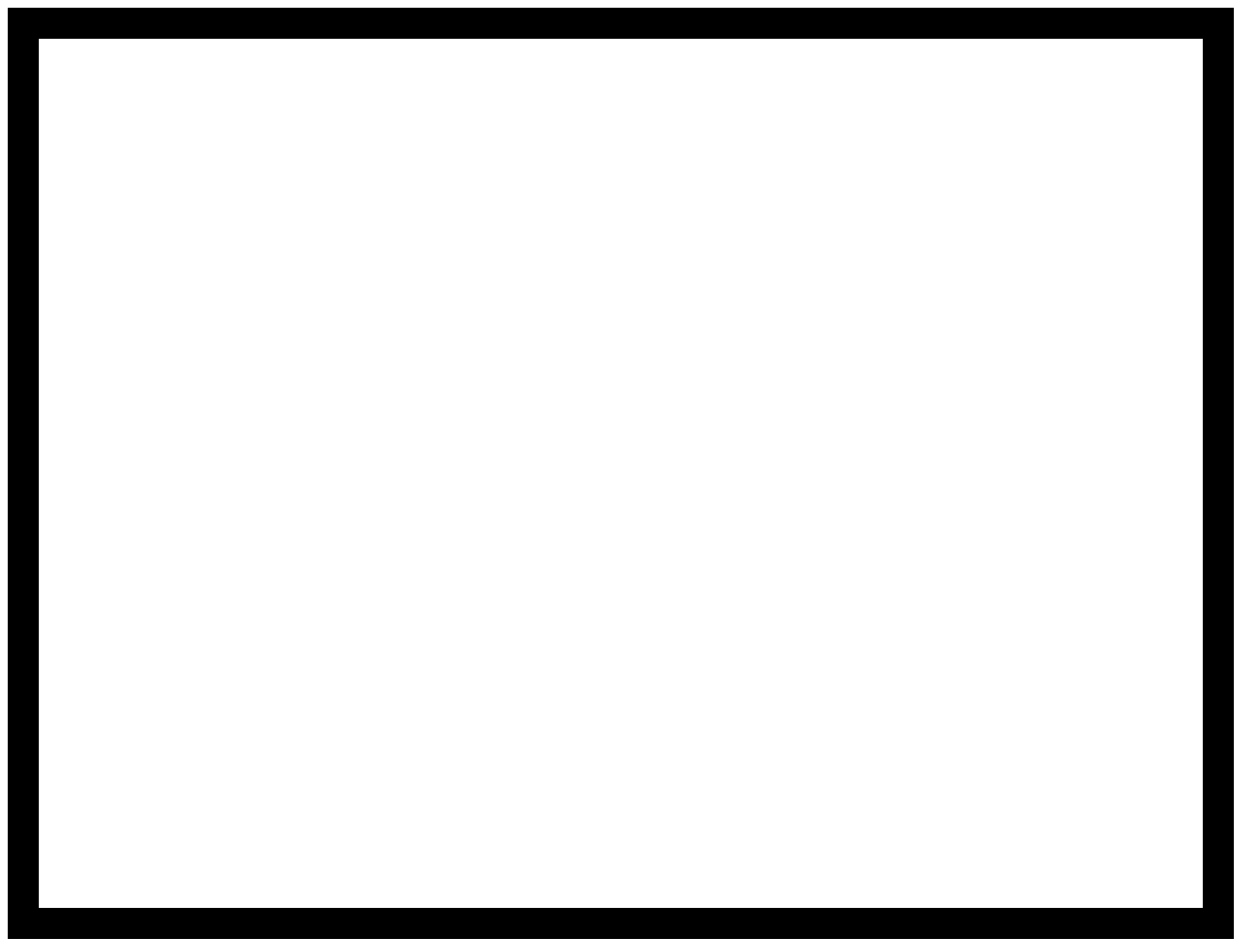
Repository: Tsardines/mondrian
Page: index.html
These files come from the project's save history. The page is drawn as it stood at one moment and after the next save; the edit follows.
The browser window is 1280 px wide. The pictures show the whole page, at 97% of full size.
Some web fonts or font styles are not loaded; a fallback is used.

Above is the page before, as saved 2019-10-20 15:55:25.

### index.html
<!DOCTYPE html>
<html>
  <head>
    <meta charset="UTF-8">
  <meta http-equiv="X-UA-Compatible" content="IE=edge,chrome=1">
  <meta name="viewport" content="width=device-width,initial-scale=1">
    <title>title</title>
  <meta name="author" content="name">
  <meta name="description" content="description here">
  <meta name="keywords" content="keywords,here">
  <link rel="stylesheet" href="//fonts.googleapis.com/css?family=font1|font2|etc" type="text/css">
  <link rel="stylesheet" href="styles.css" type="text/css">
  </head>
  <body>

    <div id="canvas">

    </div>

  </body>
</html>

### styles.css
#canvas {
    border: 2rem solid black;
    height: 56rem;
}

After the next save:
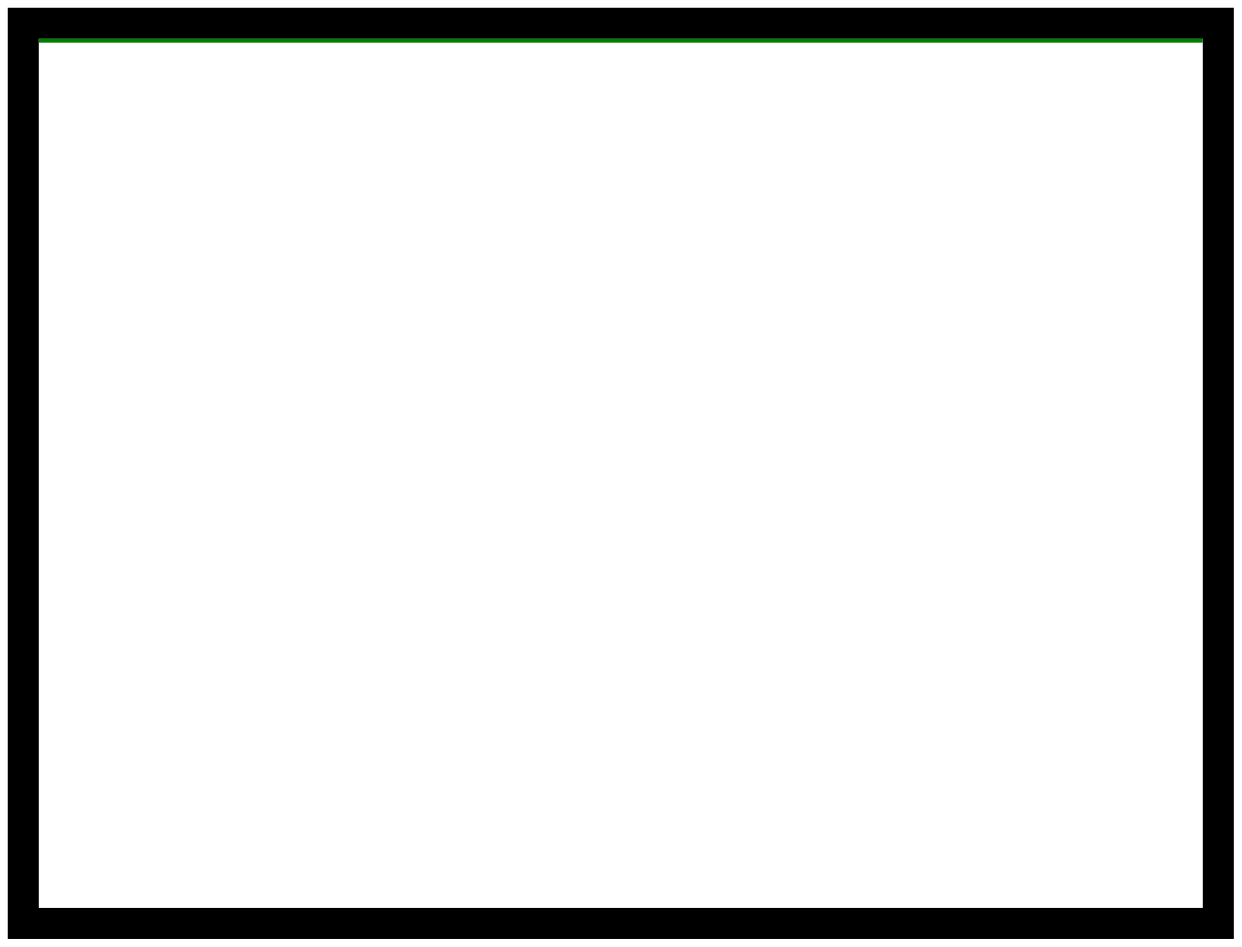
Saved 2 min 29 s later.
--- a/index.html
+++ b/index.html
@@ -14,7 +14,21 @@
   <body>
 
     <div id="canvas">
+        <div class="canvas-first">
 
+
+
+        </div>
+        <div class="canvas-second">
+
+
+
+        </div>
+        <div class="canvas-third">
+
+
+
+        </div>
     </div>
 
   </body>
--- a/styles.css
+++ b/styles.css
@@ -2,3 +2,15 @@
     border: 2rem solid black;
     height: 56rem;
 }
+
+.canvas-first {
+    border: 2px solid red;
+}
+
+.canvas-first {
+    border: 2px solid orange;
+}
+
+.canvas-first {
+    border: 2px solid green;
+}
